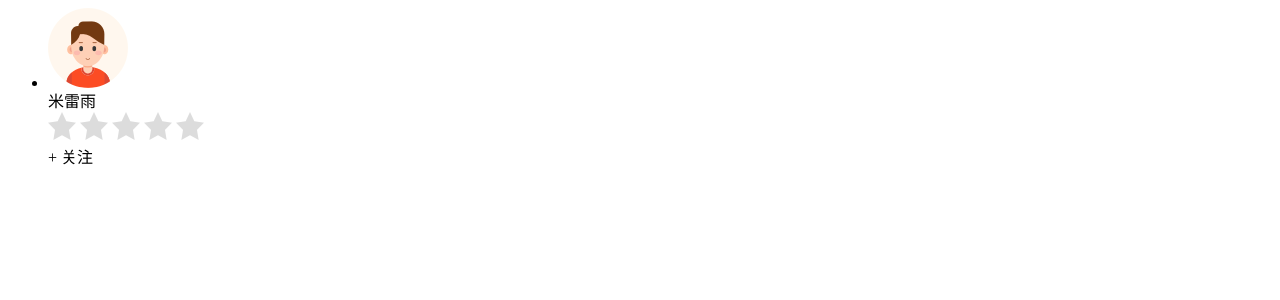
Repository: 1yanglulu/-
Page: html/pingjiadingzhi.html
An editor plug-in stored every save of this project. The page is shown before and after the next save, followed by the edit.
The browser window is 1280 px wide. The pictures show the whole page.

Above is the page before, as saved 2020-01-10 16:20:02.

### html/pingjiadingzhi.html
<ul class="special-review-box">
  <li class="special-review-item">
    <div class="fix-avatar-box clearfix">
      <div class="fix-inner-lf fl">
        <img src="../images/defaultImg.png">
      </div>
      <div class="fix-inner-con fl">
        <div class="fix-inner-con-first-top">米雷雨</div>
        <div class="fix-inner-con-first-bom">
          <img src="../images/unlightstar.png" alt="">
          <img src="../images/unlightstar.png" alt="">
          <img src="../images/unlightstar.png" alt="">
          <img src="../images/unlightstar.png" alt="">
          <img src="../images/unlightstar.png" alt="">
        </div>
      </div>
      <div class="fix-inner-rg fn fr">
        <span>+</span>
        <span>关注</span>
      </div>
    </div>
  </li>
</ul>

After the next save:
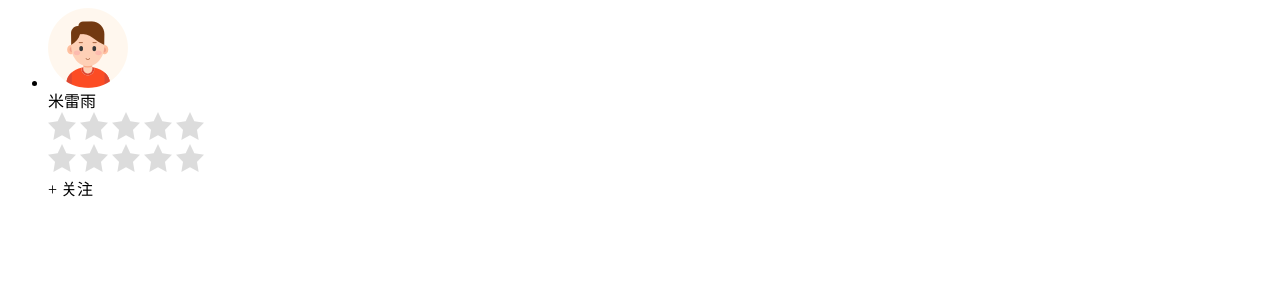
Saved 21 s later.
--- a/html/pingjiadingzhi.html
+++ b/html/pingjiadingzhi.html
@@ -13,6 +13,13 @@
           <img src="../images/unlightstar.png" alt="">
           <img src="../images/unlightstar.png" alt="">
         </div>
+        <div>
+          <img src="../images/unlightstar.png" alt="">
+          <img src="../images/unlightstar.png" alt="">
+          <img src="../images/unlightstar.png" alt="">
+          <img src="../images/unlightstar.png" alt="">
+          <img src="../images/unlightstar.png" alt="">
+        </div>
       </div>
       <div class="fix-inner-rg fn fr">
         <span>+</span>
